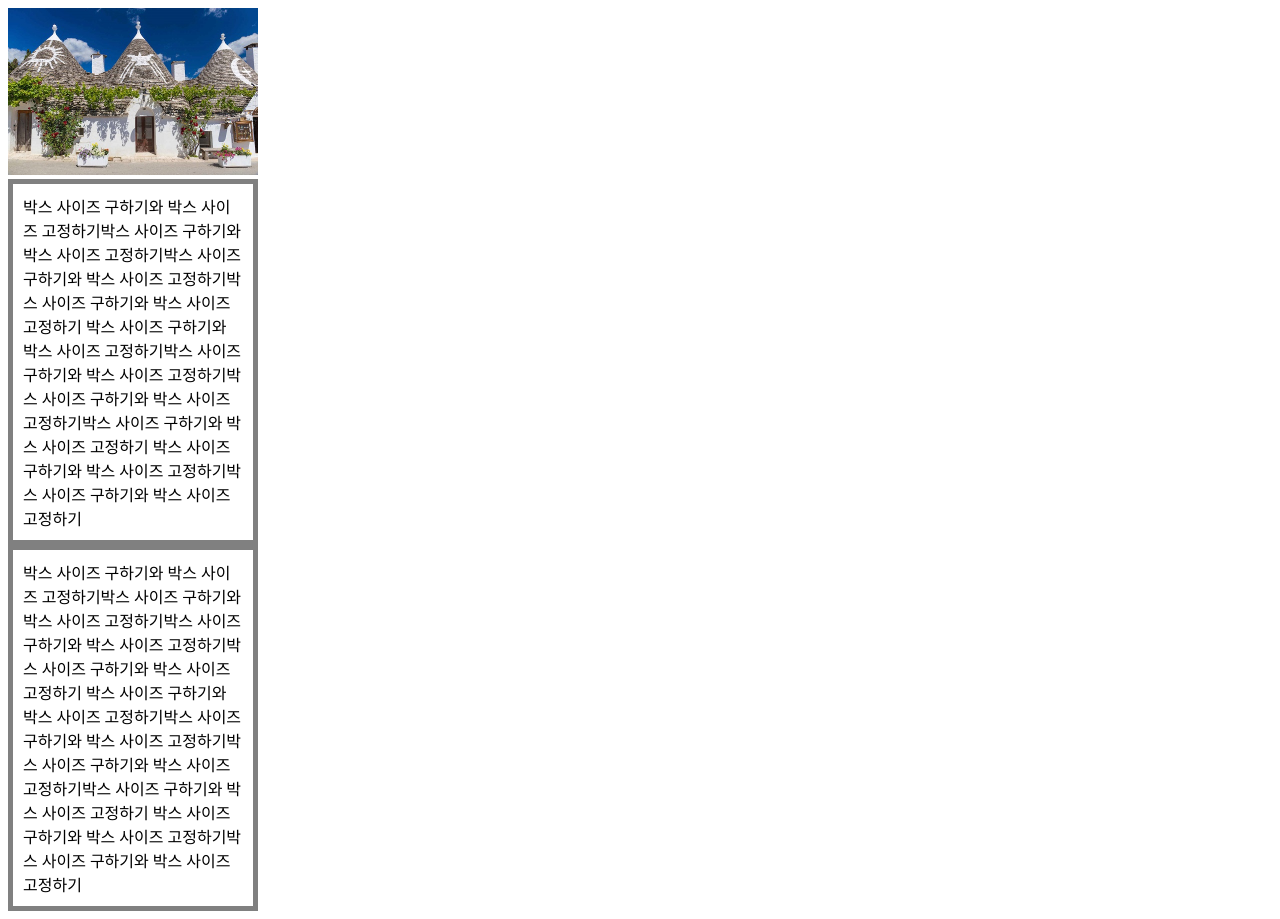
Repository: Kebiskim/2023_WebStudy
Page: 01_css/src/main/webapp/day02/Ex02_Box_Sizing.html
An editor plug-in stored every save of this project. The page is shown before and after the next save, followed by the edit.
The browser window is 1280 px wide. The pictures show the whole page.

Above is the page before, as saved 2023-06-26 01:07:34.

After the next save:
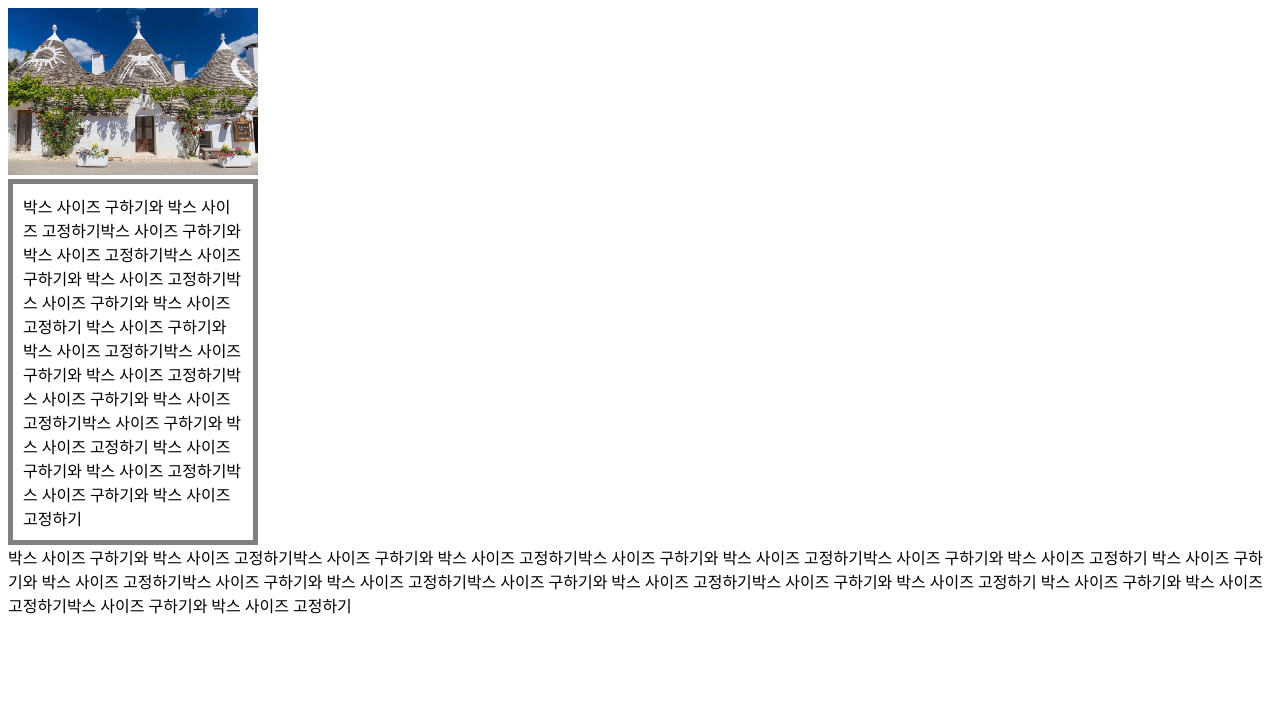
Saved 10 s later.
--- a/01_css/src/main/webapp/day02/Ex02_Box_Sizing.html
+++ b/01_css/src/main/webapp/day02/Ex02_Box_Sizing.html
@@ -12,13 +12,13 @@
 		border: 5px solid gray;
 		margin: 0;
 	}
-	#mybox2{
+/* 	#mybox2{
 		width: 250px;
 		padding: 10px;
 		border: 5px solid gray;
 		margin: 0;
 		box-sizing: border-box;
-	}
+	} */
 </style>
 </head>
 <body>

After the save that followed:
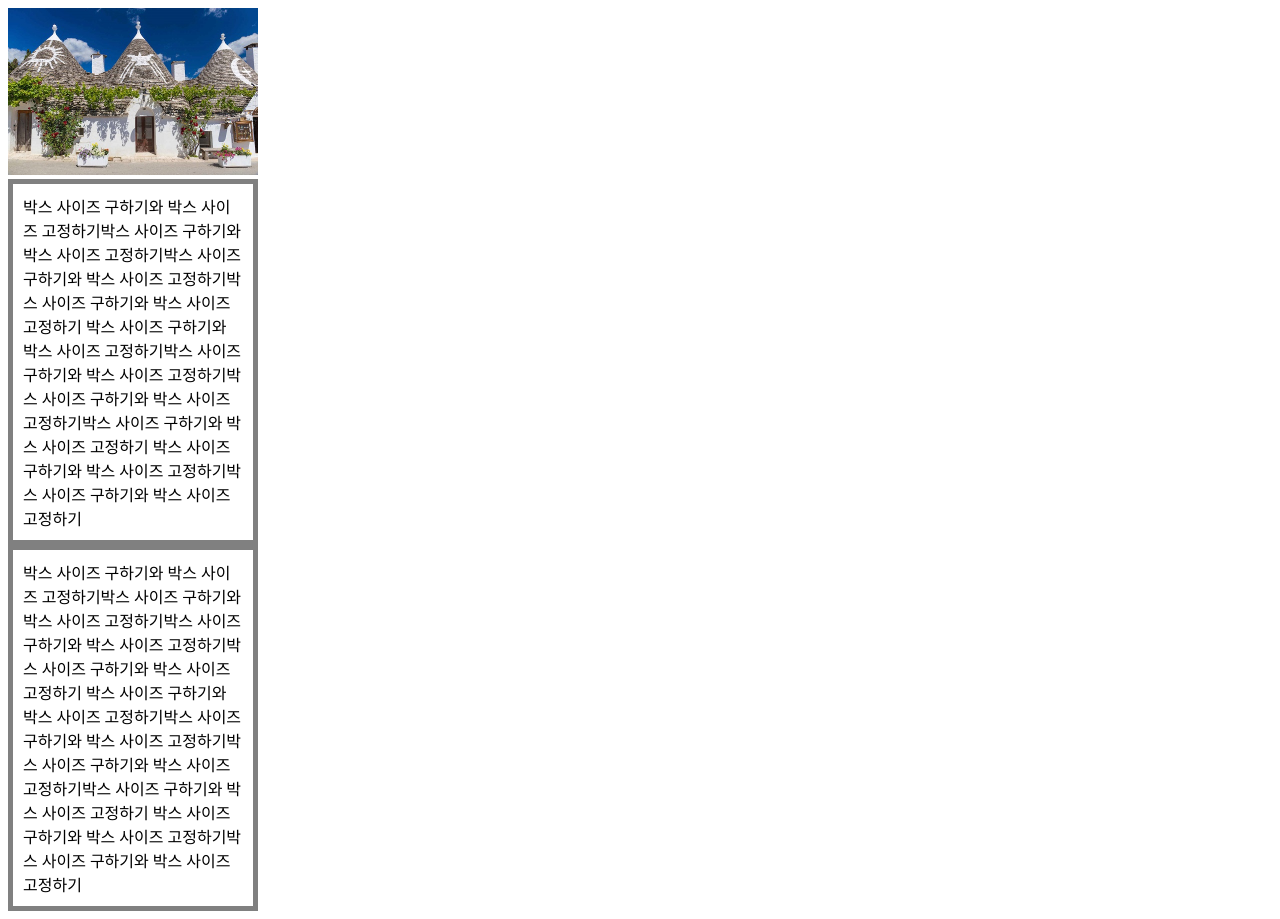
Saved 6 s later.
--- a/01_css/src/main/webapp/day02/Ex02_Box_Sizing.html
+++ b/01_css/src/main/webapp/day02/Ex02_Box_Sizing.html
@@ -12,13 +12,13 @@
 		border: 5px solid gray;
 		margin: 0;
 	}
-/* 	#mybox2{
+	#mybox2{
 		width: 250px;
 		padding: 10px;
 		border: 5px solid gray;
 		margin: 0;
 		box-sizing: border-box;
-	} */
+	}
 </style>
 </head>
 <body>
